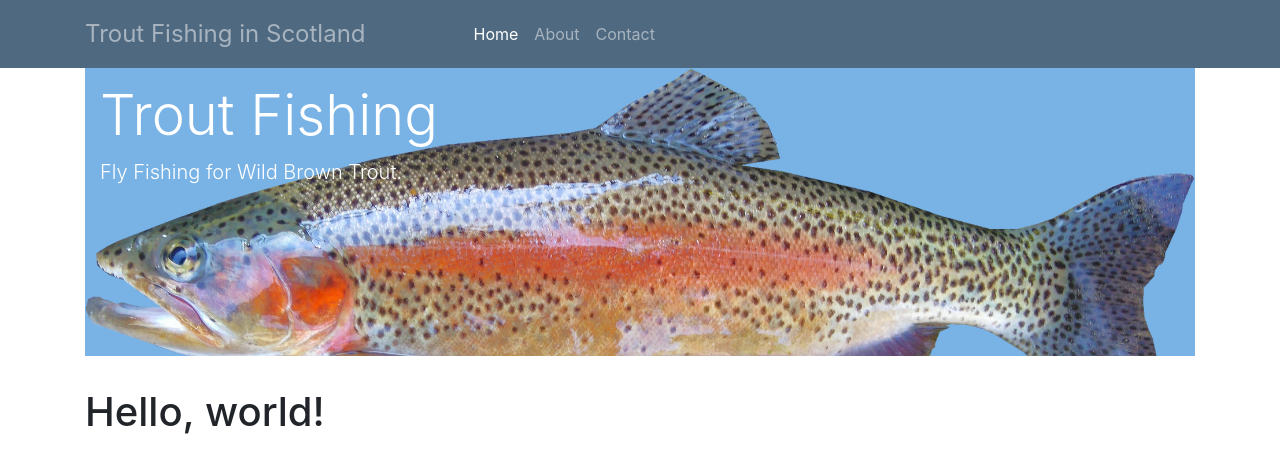
Repository: adrian9211/College_project
Page: index.html
The author's editor kept a copy of each file at every save. The page is drawn from the files as they stood at one save, then again after a run of saves.
The browser window is 1280 px wide. The pictures show the whole page.

Above is the page before, as saved 2020-10-28 14:17:34.

### index.html
<!doctype html>
<html lang="en">
  <head>
    <!-- Required meta tags -->
    <meta charset="utf-8">
    <meta name="viewport" content="width=device-width, initial-scale=1, shrink-to-fit=no">

    <!-- Bootstrap CSS -->
    <link rel="stylesheet" href="https://cdn.jsdelivr.net/npm/bootstrap@4.5.3/dist/css/bootstrap.min.css" integrity="sha384-TX8t27EcRE3e/ihU7zmQxVncDAy5uIKz4rEkgIXeMed4M0jlfIDPvg6uqKI2xXr2" crossorigin="anonymous">
    <link rel="stylesheet" href="css/style.css">

    <title>Trout fishing in Scotland</title>
  </head>
  <body>
      <!-- Navigation  bar start -->
    <nav class="navbar navbar-expand-md navbar-dark sticky-top" role="navigation" id="navbar2" style="background-color: #4F6980;">
        <div class="container">
          <a href="index.html"><span class="navbar-text">Trout Fishing in Scotland</span></a>
          <button class="navbar-toggler" data-toggle="collapse" data-target="#collapse_target">
            <span class="navbar-toggler-icon"></span>
          </button>
          <div class="collapse navbar-collapse" id="collapse_target">
          <ul class="navbar-nav " >
            <li class="nav-item active">
              <a class="nav-link " href="index.html">Home </a>
            </li>
            <li class="nav-item ">
              <a class="nav-link " href="about.html">About</a>
            </li>
            <li class="nav-item ">
              <a class="nav-link " href="contact.html">Contact</a>
            </li>
          </ul>
        </div>
        </div>
      </nav>
      <!-- Navigation  bar end -->
      <div class="container">
        <div class="jumbotron jumbotron-fluid">
            <div class="container alt">
              <h1 class="display-4">Trout Fishing</h1>
              <p class="lead">Fly Fishing for Wild Brown Trout.</p>
            </div>
        </div>
          <main>

          </main>
        <h1>Hello, world!</h1>

        </div>
    <!-- Scripts for bootstrap -->
    <script src="https://code.jquery.com/jquery-3.5.1.slim.min.js" integrity="sha384-DfXdz2htPH0lsSSs5nCTpuj/zy4C+OGpamoFVy38MVBnE+IbbVYUew+OrCXaRkfj" crossorigin="anonymous"></script>
    <script src="https://cdn.jsdelivr.net/npm/bootstrap@4.5.3/dist/js/bootstrap.bundle.min.js" integrity="sha384-ho+j7jyWK8fNQe+A12Hb8AhRq26LrZ/JpcUGGOn+Y7RsweNrtN/tE3MoK7ZeZDyx" crossorigin="anonymous"></script>
  </body>
</html>

### css/style.css
.jumbotron {
    background-image: url("../img/trout.png");
    background-color: #79b3e6;
    background-size: cover;
    height: 40vh;
}

.alt h1, p {
    position: relative;
    top: -50px;
    color: #fff;
}

.navbar-text {
    font-size: 1.5rem;
    padding-right: 100px;
}

After the next 2 saves:
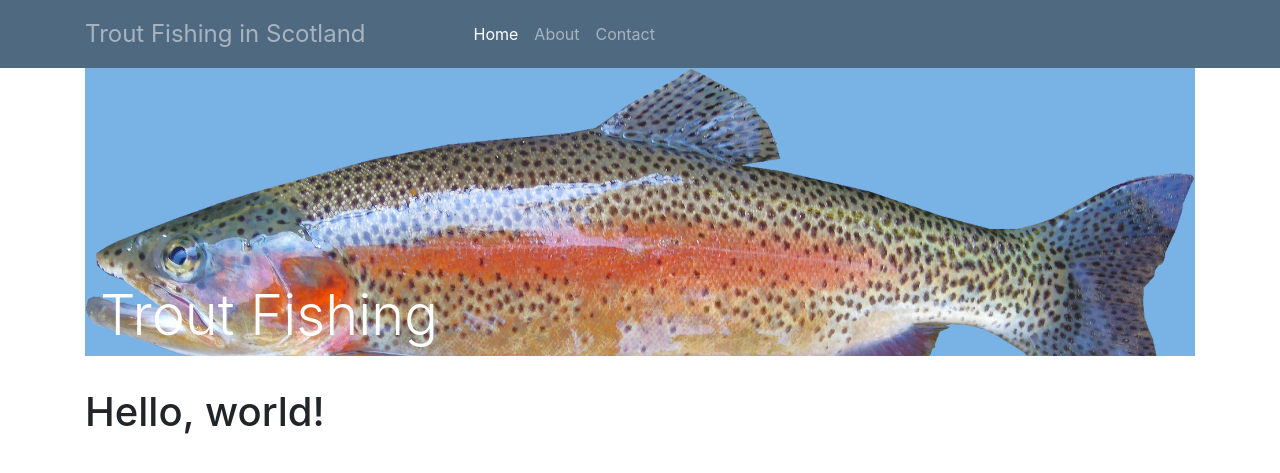
The 2 saves are shown as one change because they came seconds apart.
The last was saved 29 s later.
--- a/css/style.css
+++ b/css/style.css
@@ -7,7 +7,7 @@
 
 .alt h1, p {
     position: relative;
-    top: -50px;
+    top: 150px;
     color: #fff;
 }
 
